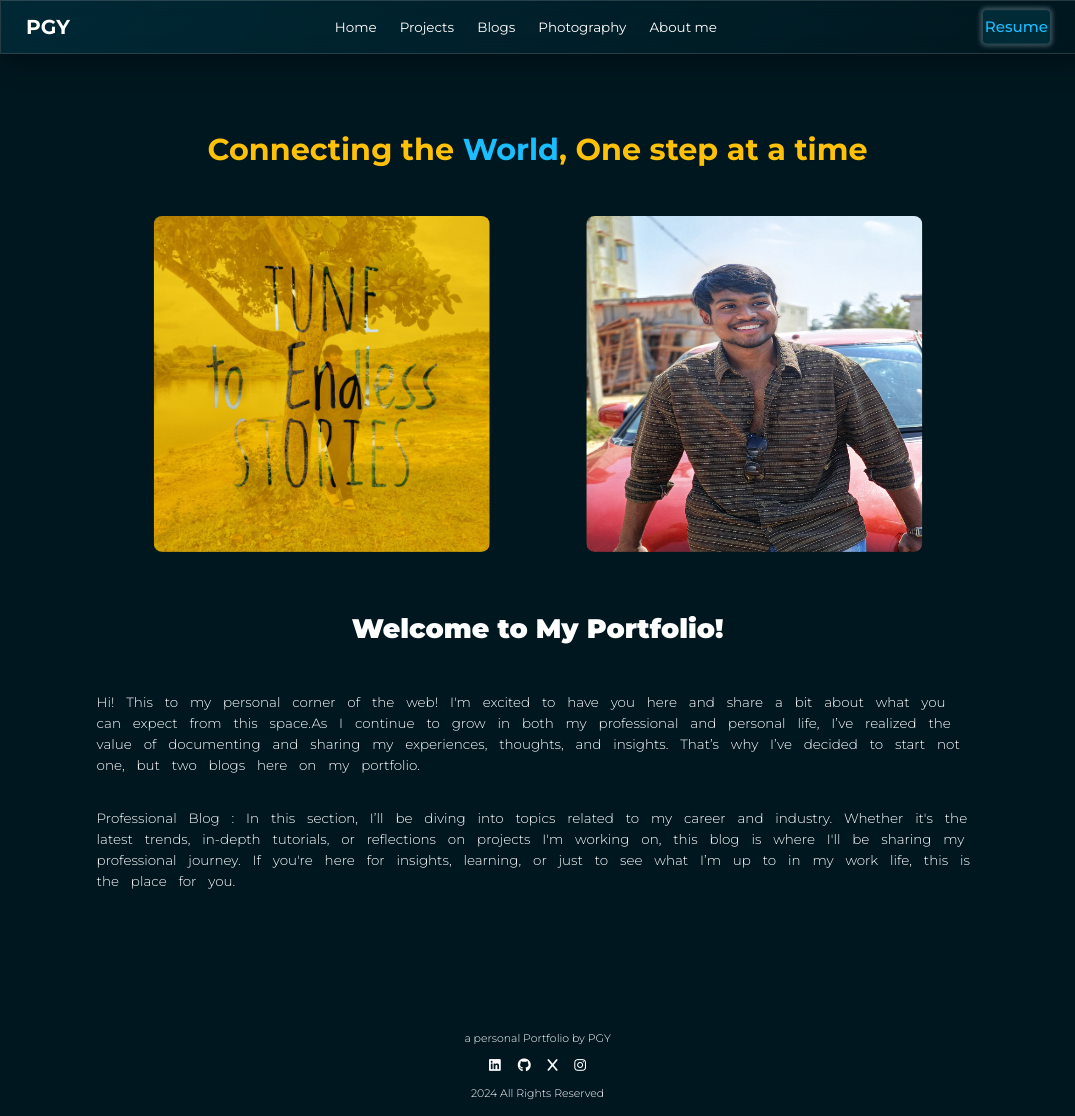
Repository: pgyunknown/pgyunknown
Page: blog.html
The author's editor kept a copy of each file at every save. The page is drawn from the files as they stood at one save, then again after a run of saves.
The browser window is 1280 px wide. The pictures show the whole page, at 84% of full size.
Some web libraries are served in a nearby version.

Above is the page before, as saved 2024-08-14 20:58:06.

After the next 2 saves:
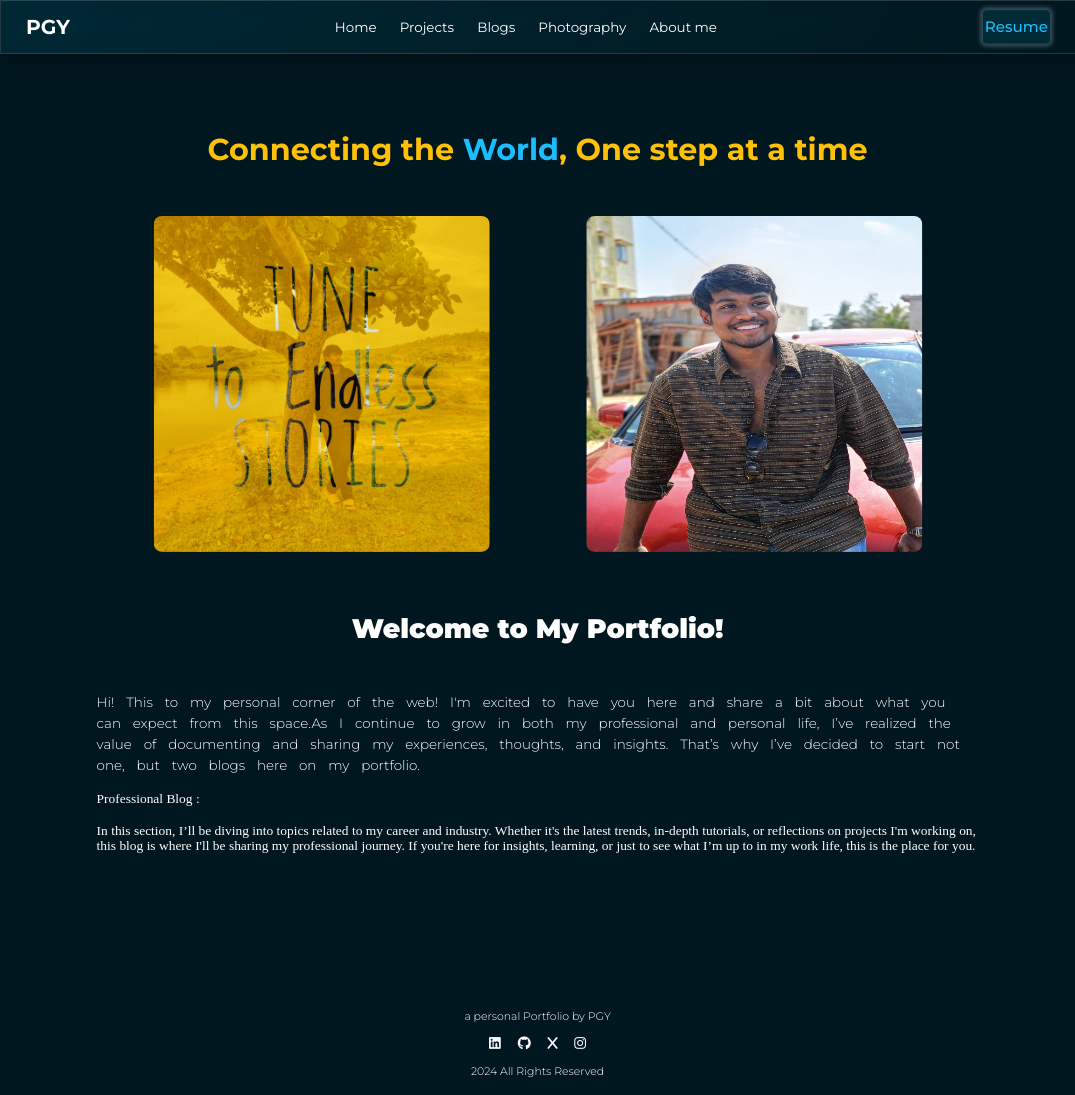
The 2 saves are shown as one change because they came seconds apart.
The last was saved 22 s later.
--- a/blog.html
+++ b/blog.html
@@ -38,8 +38,8 @@
         <article >
             <h1>Welcome to My Portfolio!</h1><br><br>
 <p>Hi! This to my personal corner of the web! I'm excited to have you here and share a bit about what you can expect from this space.As I continue to grow in both my professional and personal life, I’ve realized the value of documenting and sharing my experiences, thoughts, and insights. That’s why I’ve decided to start not one, but two blogs here on my portfolio.</p><br>
-<p>Professional Blog :
-In this section, I’ll be diving into topics related to my career and industry. Whether it's the latest trends, in-depth tutorials, or reflections on projects I'm working on, this blog is where I'll be sharing my professional journey. If you're here for insights, learning, or just to see what I’m up to in my work life, this is the place for you.</p>
+Professional Blog :
+<p></p>In this section, I’ll be diving into topics related to my career and industry. Whether it's the latest trends, in-depth tutorials, or reflections on projects I'm working on, this blog is where I'll be sharing my professional journey. If you're here for insights, learning, or just to see what I’m up to in my work life, this is the place for you.</p>
         </article>
     </div>
     </main>
